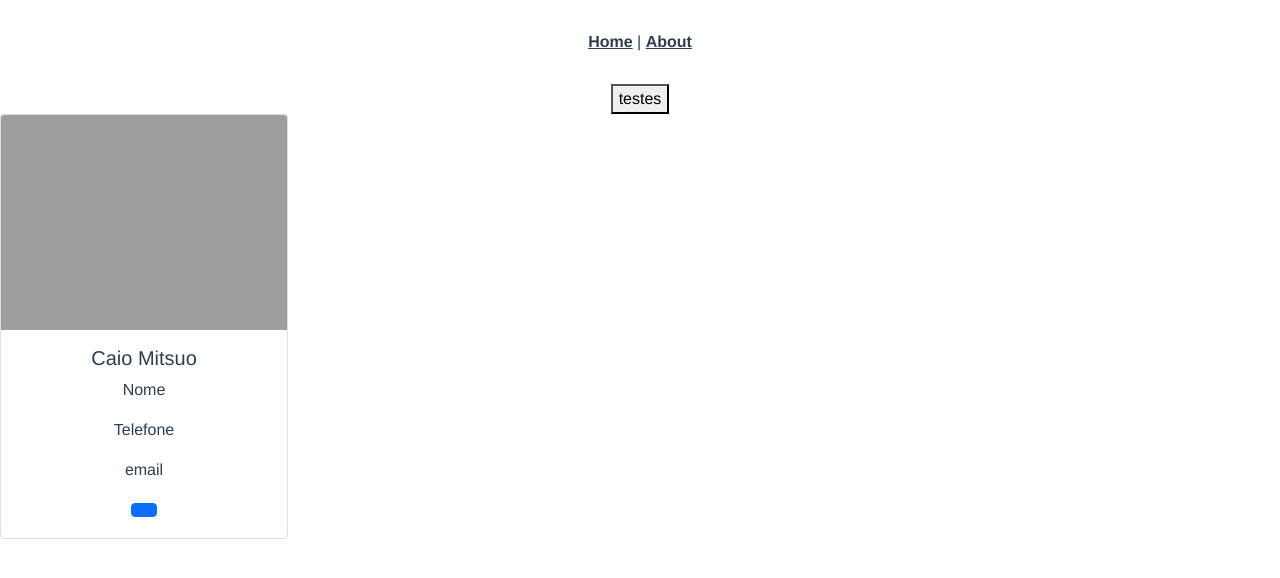
Repository: caiomitsuo/ContactsVueJs
Page: /lista
The author's editor kept a copy of each file at every save. The page is drawn from the files as they stood at one save, then again after a run of saves.
The browser window is 1280 px wide. The pictures show the whole page.
Pictures or frames that could not be fetched are drawn as grey boxes. The page's requests for data from a server got no answer. The project was rebuilt for these pictures with package versions that can differ from the ones it lists, and the page was loaded fresh each time. No one was signed in, and anything a server would have sent is missing. Also part of the build but not shown: vue.config.js, src/components/HelloWorld.vue, src/views/HomeView.vue.

Above is the page before, as saved 2022-04-30 12:31:13.

After the next 3 saves:
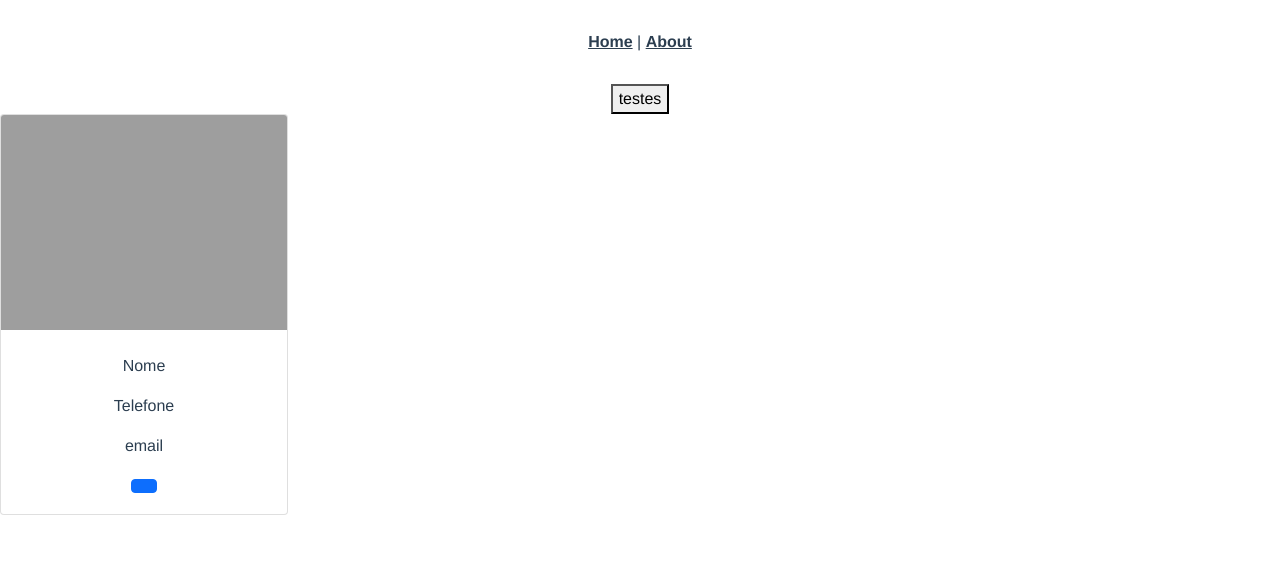
The 3 saves are shown as one change because they came seconds apart.
The last was saved 15 s later.
--- a/src/views/ListView.vue
+++ b/src/views/ListView.vue
@@ -4,7 +4,7 @@
     <div class="card" style="width: 18rem;" v-for="user in listagem" :key="user.id">
          <img class="card-img-top" src="https://www.psicologo.com.br/wp-content/uploads/sou-uma-pessoa-boa-ou-nao.jpg">
         <div class="card-body">
-    <h5 class="card-title">Caio Mitsuo</h5>
+    <h5 class="card-title">{{user.name}}</h5>
     <p class="card-text">Nome</p>
     <p class="card-text">Telefone</p>
     <p class="card-text">email</p>
